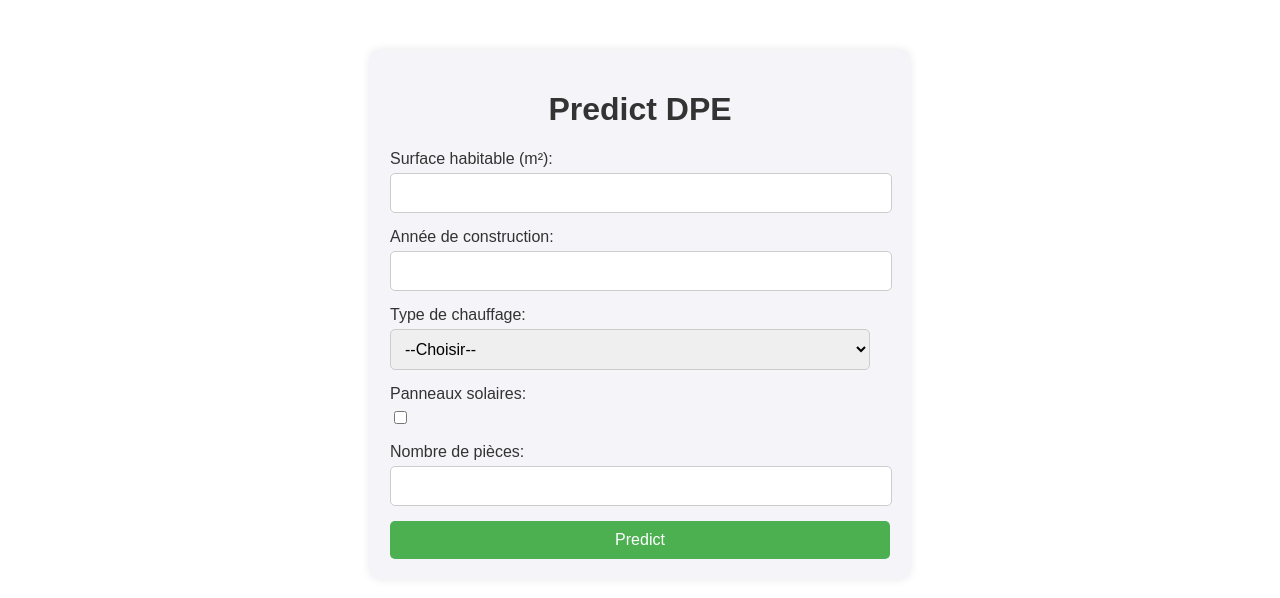
Repository: abdouAppcraft/Predict-DPE
Page: /
An editor plug-in stored every save of this project. The page is shown before and after the next save, followed by the edit.
The browser window is 1280 px wide. The pictures show the whole page.
The page's requests for data from a server got no answer. The project was rebuilt for these pictures with package versions that can differ from the ones it lists, and the page was loaded fresh each time. No one was signed in, and anything a server would have sent is missing. Also part of the build but not shown: src/screens/Result/Result.tsx.

Above is the page before, as saved 2024-06-11 15:50:02.

### src/App.tsx
import React from "react";
import PredictForm from "./screens/PredictForm/PredictForm";
import { createBrowserRouter, RouterProvider } from "react-router-dom";
import Result from "./screens/Result/Result";

const router = createBrowserRouter([
  {
    path: "/",
    Component: PredictForm,
  },
  {
    path: "/result",
    Component: Result,
  },
]);

const App: React.FC = () => {
  return (
    <>
      <RouterProvider router={router} />
    </>
  );
};

export default App;

### src/screens/PredictForm/PredictForm.tsx
import React, { useState } from "react";
import axios from "axios";
import "./PredictForm.css";
import { useNavigate } from "react-router-dom";
import { useDpeOptions } from "../../hooks/useDpeOptions";

type Field = {
  name: string;
  type: string;
};

const field: Field[] = [
  { name: "Annee_construction", type: "date" },
  { name: "Cout_total_5_usages", type: "number" },
  { name: "Surface_habitable_logement", type: "number" },
  { name: "Qualite_isolation_enveloppe", type: "select" },
  { name: "Type_energie_principale_chauffage", type: "select" },
  { name: "Type_installation_chauffage", type: "select" },
  { name: "Code_postal_BAN", type: "address" },
  { name: "Conso_5_usages_e_finale", type: "number" },
  { name: "Conso_5_usagesm2_e_finale", type: "number" },
  { name: "Emission_GES_5_usages", type: "number" },
  { name: "Emission_GES_5_usages_par_m2", type: "number" },
  { name: "Cout_chauffage", type: "number" },
  { name: "Cout_ECS", type: "number" },
  { name: "Qualite_isolation_menuiseries", type: "select" },
];

const PredictForm: React.FC = () => {
  const [formData, setFormData] = useState<Record<string, any>>({});

  const [prediction, setPrediction] = useState<string | null>(null);
  const navigate = useNavigate();
  const options = useDpeOptions();

  console.log({ options });

  const handleChange = (
    e: React.ChangeEvent<HTMLInputElement | HTMLSelectElement>
  ) => {
    const { name, value, type } = e.target;
    if (type === "checkbox") {
      setFormData({
        ...formData,
        [name]: (e.target as HTMLInputElement).checked,
      });
    } else {
      setFormData({
        ...formData,
        [name]: value,
      });
    }
  };

  const handleSubmit = async (e: React.FormEvent) => {
    e.preventDefault();
    console.log("Form Data Submitted:", formData); // Ajoutez ce journal pour voir les données soumises
    try {
      // const response = await axios.post(
      //   "http://localhost:8000/predict/",
      //   formData
      // );
      // console.log("Prediction Response:", response.data); // Ajoutez ce journal pour voir la réponse
      // setPrediction(response.data.predicted_DPE);
      navigate("/result");
    } catch (error) {
      console.error("There was an error making the request:", error);
    }
  };

  const renderRow = (f: Field) => {
    switch (f.type) {
      case "select":
        break;

      default:
        <div className="form-group">
          <label>Année de construction:</label>
          <input
            type={f.type}
            name={f.name}
            value={formData[f.name]}
            onChange={handleChange}
            required
          />
        </div>;
    }
  };

  return (
    <div className="predict-form">
      <h1>Predict DPE</h1>
      <form onSubmit={handleSubmit}>
        <div className="form-group">
          <label>Surface habitable (m²):</label>
          <input
            type="number"
            name="Surface_habitable"
            value={formData.Surface_habitable}
            onChange={handleChange}
            required
          />
        </div>
        <div className="form-group">
          <label>Année de construction:</label>
          <input
            type="number"
            name="Annee_construction"
            value={formData.Annee_construction}
            onChange={handleChange}
            required
          />
        </div>
        <div className="form-group">
          <label>Type de chauffage:</label>
          <select
            name="Type_chauffage"
            value={formData.Type_chauffage}
            onChange={handleChange}
            required
          >
            <option value="">--Choisir--</option>
            <option value="électrique">Électrique</option>
            <option value="gaz">Gaz</option>
            <option value="fioul">Fioul</option>
            <option value="bois">Bois</option>
            <option value="autre">Autre</option>
          </select>
        </div>
        <div className="form-group">
          <label>Panneaux solaires:</label>
          <input
            type="checkbox"
            name="Panneaux_solaires"
            checked={formData.Panneaux_solaires}
            onChange={handleChange}
          />
        </div>
        <div className="form-group">
          <label>Nombre de pièces:</label>
          <input
            type="number"
            name="Nombre_pieces"
            value={formData.Nombre_pieces}
            onChange={handleChange}
            required
          />
        </div>
        <button type="submit" className="submit-btn">
          Predict
        </button>
      </form>
      {prediction && <h2>Predicted DPE: {prediction}</h2>}
    </div>
  );
};

export default PredictForm;

### src/screens/PredictForm/PredictForm.css
.predict-form {
    max-width: 500px;
    margin: 50px auto;
    padding: 20px;
    background-color: #f4f4f9;
    border-radius: 10px;
    box-shadow: 0 0 10px rgba(0, 0, 0, 0.1);
    font-family: Arial, sans-serif;
}

.predict-form h1 {
    text-align: center;
    color: #333;
}

.form-group {
    margin-bottom: 15px;
}

.form-group label {
    display: block;
    margin-bottom: 5px;
    color: #333;
}

.form-group input,
.form-group select {
    width: calc(100% - 20px);
    padding: 10px;
    border: 1px solid #ccc;
    border-radius: 5px;
    font-size: 16px;
}

.form-group input[type="checkbox"] {
    width: auto;
}

.submit-btn {
    width: 100%;
    padding: 10px;
    background-color: #4CAF50;
    color: white;
    border: none;
    border-radius: 5px;
    font-size: 16px;
    cursor: pointer;
    transition: background-color 0.3s ease;
}

.submit-btn:hover {
    background-color: #45a049;
}

h2 {
    text-align: center;
    color: #333;
    margin-top: 20px;
}

### src/hooks/useDpeOptions.tsx
import axios from "axios";
import { useEffect, useState } from "react";

export const useDpeOptions = () => {
  const [options, setOptions] = useState();

  useEffect(() => {
    axios.get("http://127.0.0.1:8000/dpe/options").then((res) => {
      setOptions(res.data);
    });
  }, []);

  return options;
};

Loaded but not shown: public/index.html (common file); src/index.tsx (common file); src/index.css (common file); src/reportWebVitals.ts (common file)

After the next save:
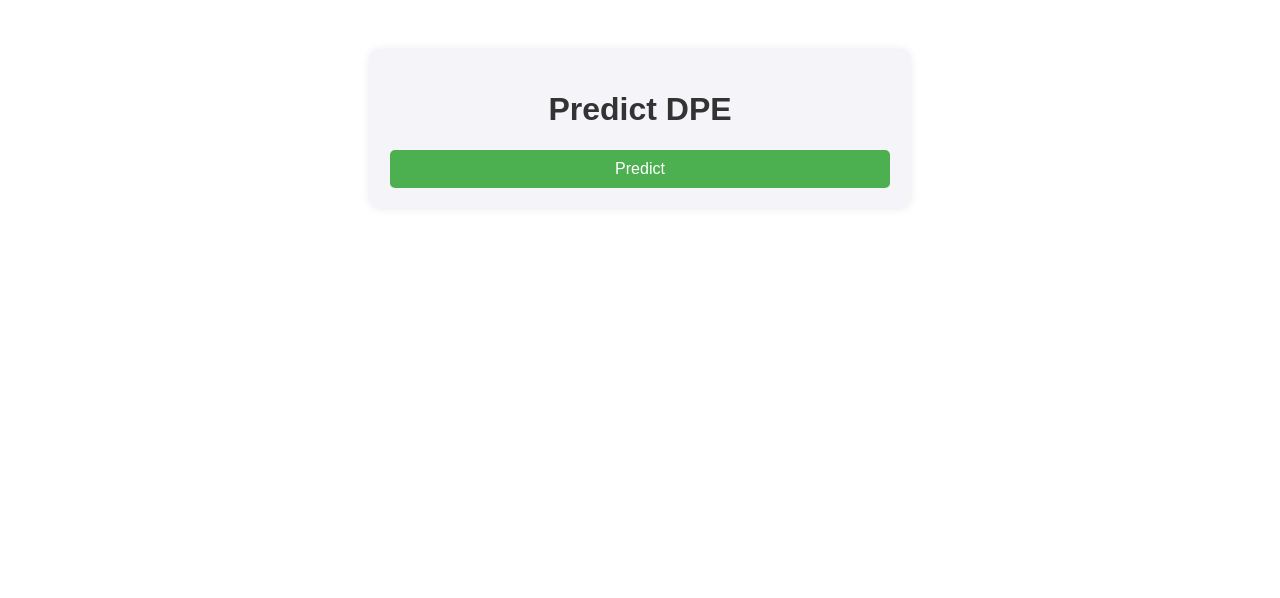
Saved 39 s later.
--- a/src/screens/PredictForm/PredictForm.tsx
+++ b/src/screens/PredictForm/PredictForm.tsx
@@ -91,7 +91,7 @@ const PredictForm: React.FC = () => {
     <div className="predict-form">
       <h1>Predict DPE</h1>
       <form onSubmit={handleSubmit}>
-        <div className="form-group">
+        {/* <div className="form-group">
           <label>Surface habitable (m²):</label>
           <input
             type="number"
@@ -145,7 +145,7 @@ const PredictForm: React.FC = () => {
             onChange={handleChange}
             required
           />
-        </div>
+        </div> */}
         <button type="submit" className="submit-btn">
           Predict
         </button>
